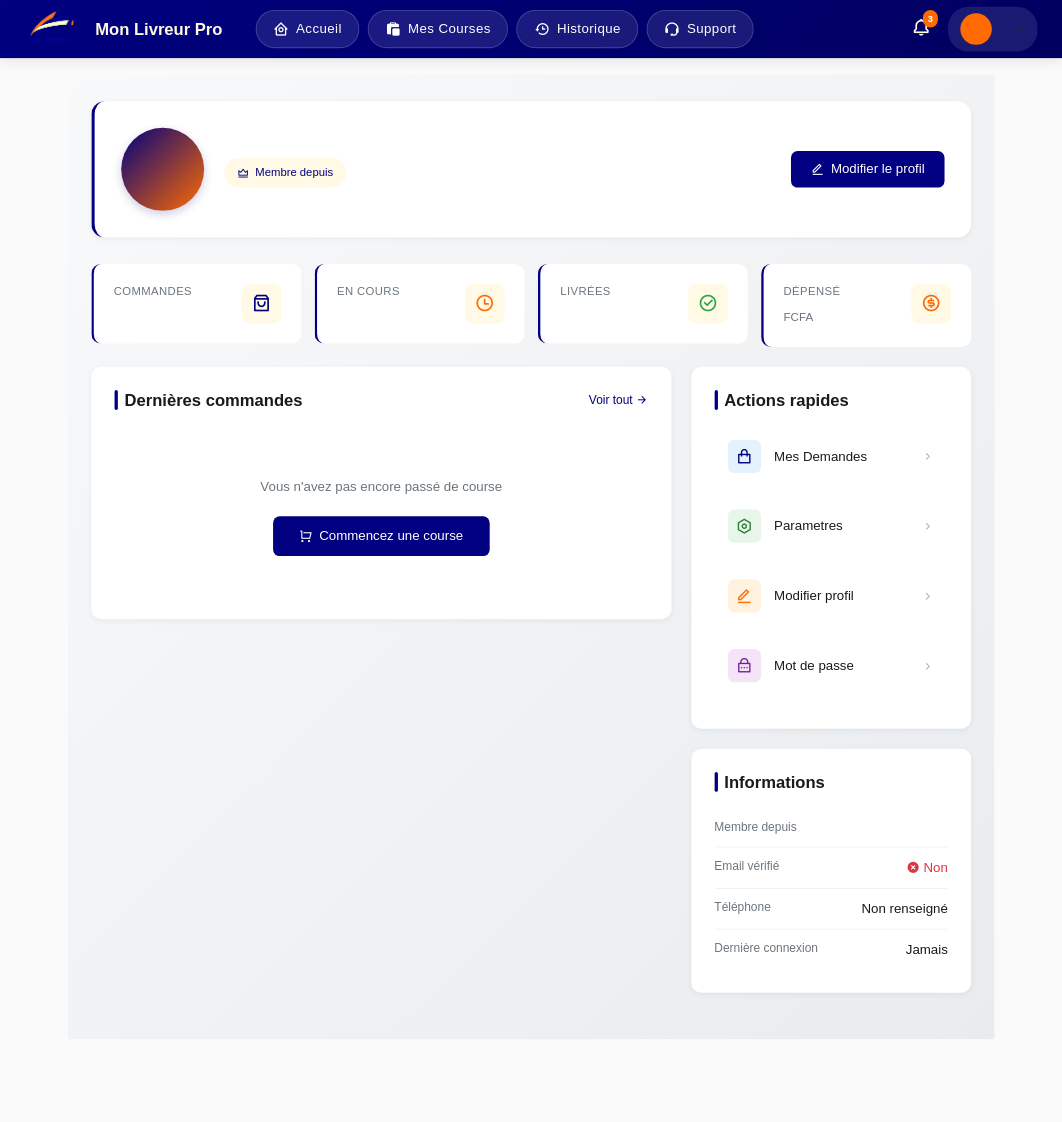
Repository: kaboreibrahim/LivreurPro
Page: Client/templates/profile/profile.html
These files come from the project's save history. The page is drawn as it stood at one moment and after the next save; the edit follows.
The browser window is 1280 px wide. The pictures show the whole page, at 83% of full size.
The template is drawn by Django 5.2. The application's start-up code is not run. The template is opened directly, without the code that normally fills it, so the values that code supplies are empty.

Above is the page before, as saved 2025-12-12 09:16:08.

After the next save:
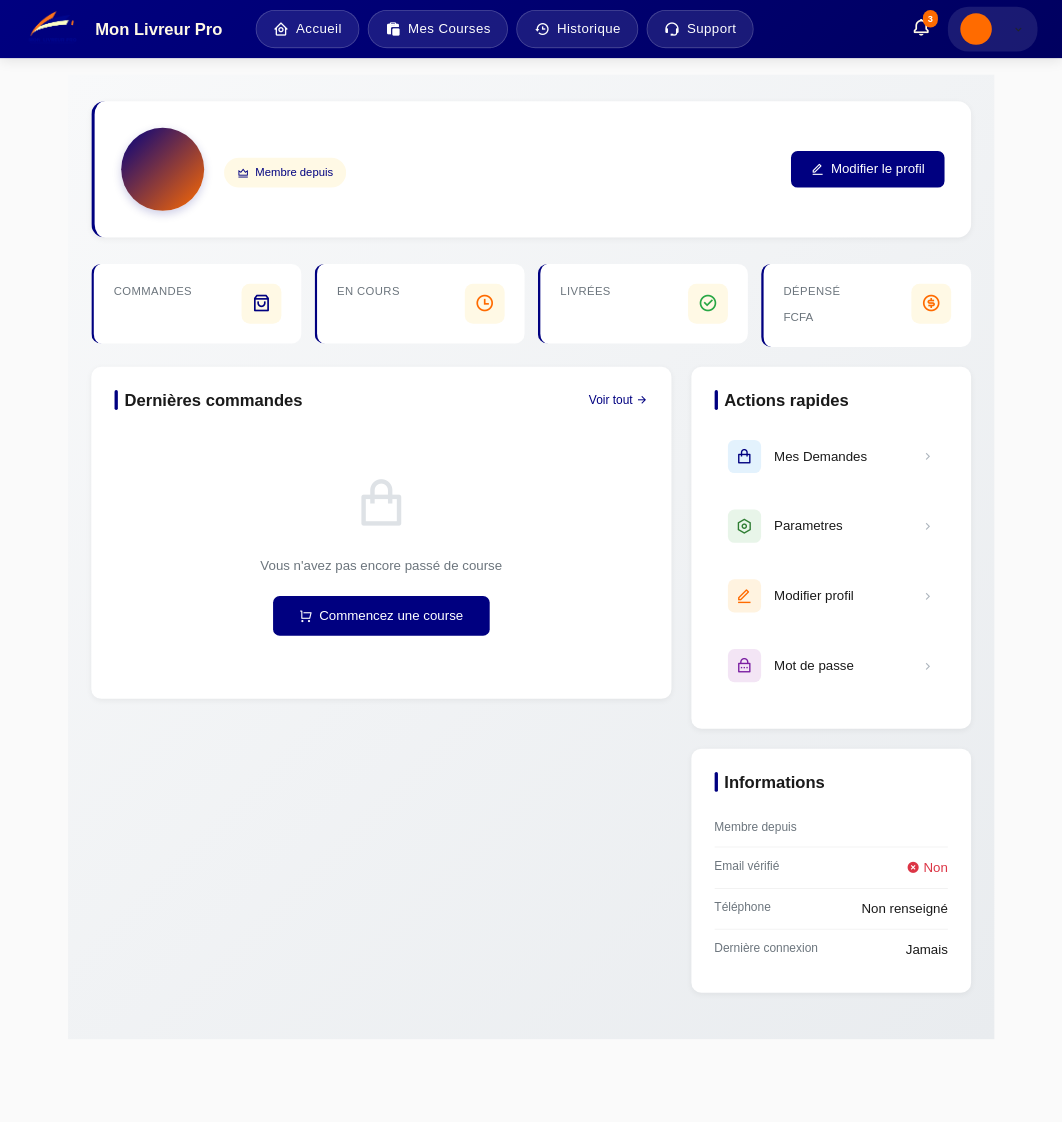
Saved 15 s later.
--- a/Client/templates/profile/profile.html
+++ b/Client/templates/profile/profile.html
@@ -472,7 +472,7 @@
                     {% else %}
                         <div class="empty-state">
                             <div class="empty-icon">
-                                <i class="ri-motorcycle-line"></i>
+                                <i class="ri-shopping-bag-line"></i>
                             </div>
                             <p class="empty-text">Vous n'avez pas encore passé de course</p>
                             <a href="" class="btn-primary-custom">
